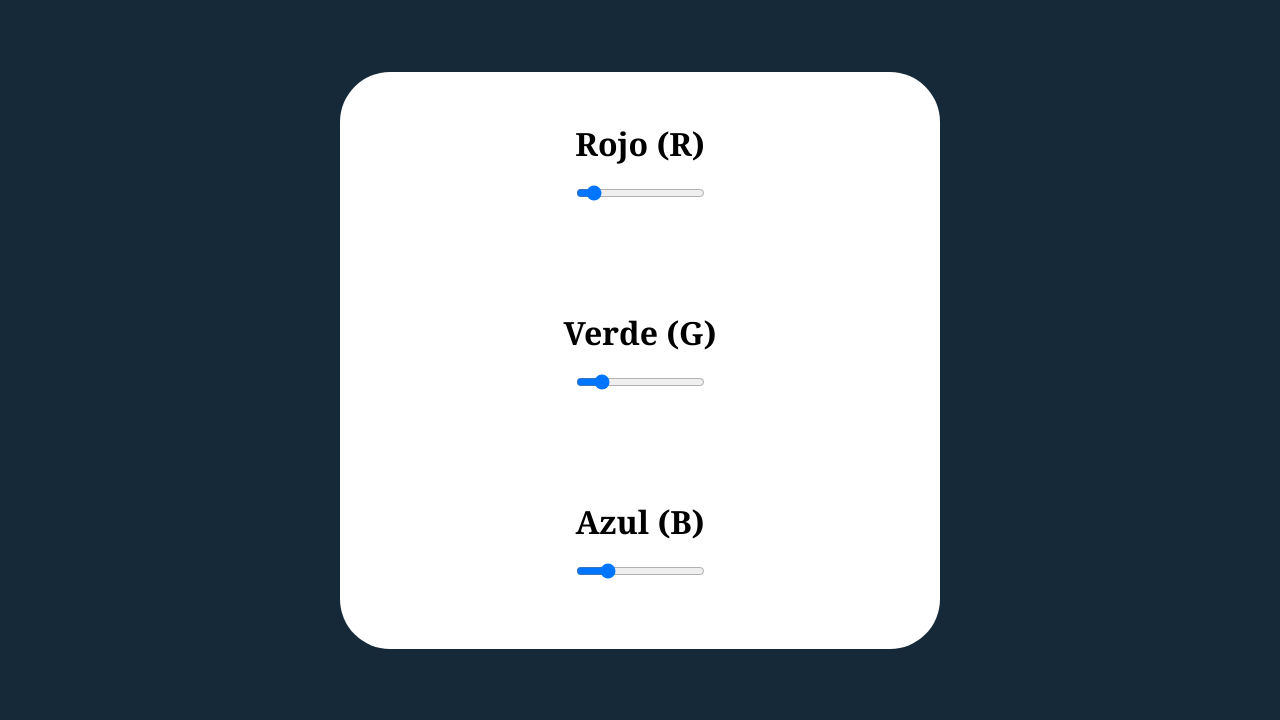
Repository: JoyMoGas/javascript-learn
Page: colores-regb-input/index.html
The author's editor kept a copy of each file at every save. The page is drawn from the files as they stood at one save, then again after the next save.
The browser window is 1280 px wide. The pictures show the whole page.

Above is the page before, as saved 2024-05-09 16:21:22.

After the next save:
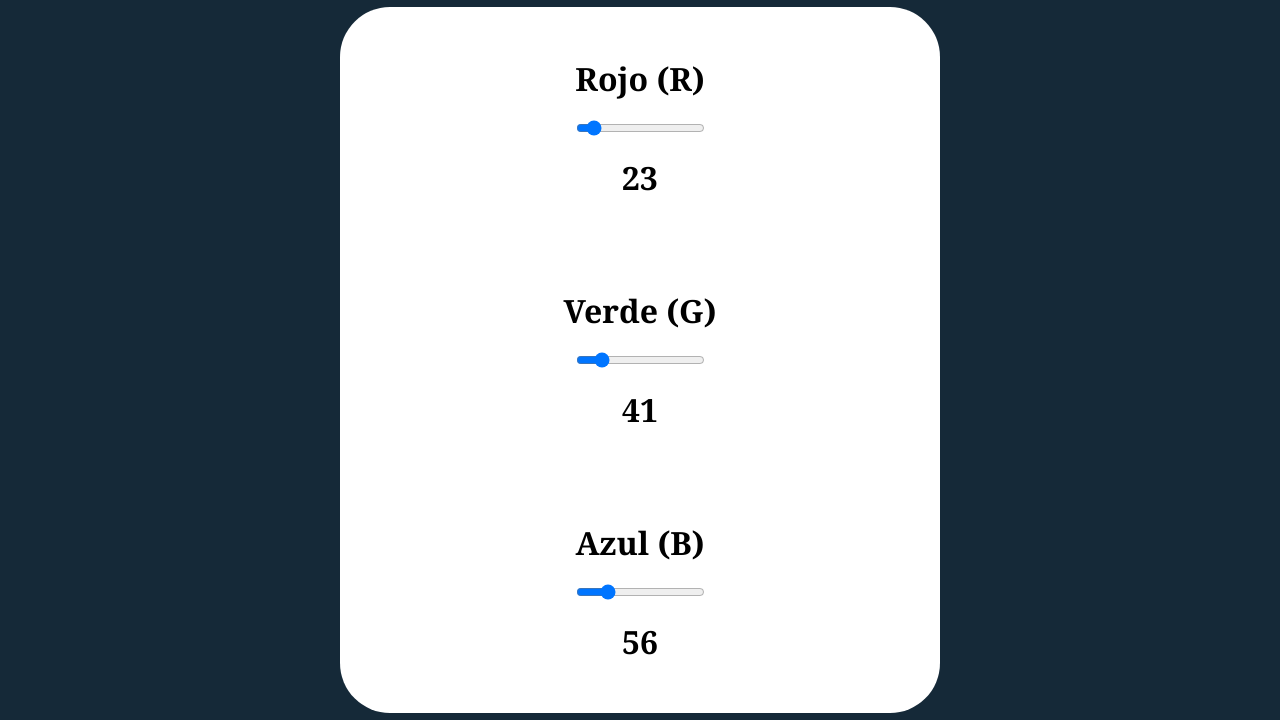
Saved 66 s later.
--- a/colores-regb-input/app.js
+++ b/colores-regb-input/app.js
@@ -9,3 +9,8 @@ const textoAzul = document.getElementById('texto-azul');
 let rojo = inputRojo.value;
 let verde = inputVerde.value;
 let azul = inputAzul.value;
+
+// Actualizar texto de parrafos
+textoRojo.innerText = rojo;
+textoVerde.innerText = verde;
+textoAzul.innerText = azul;
